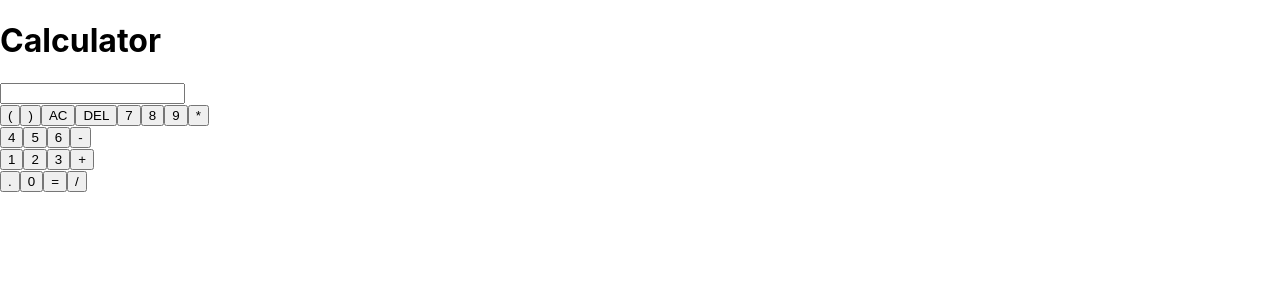
Repository: thesaherriaz/Calculator-React
Page: /
These files come from the project's save history. The page is drawn as it stood at one moment and after the next save; the edit follows.
The browser window is 1280 px wide. The pictures show the whole page.
The project was rebuilt for these pictures with package versions that can differ from the ones it lists, and the page was loaded fresh each time.

Above is the page before, as saved 2025-06-18 14:54:41.

### src/App.js
import React from 'react'
import Calculator from './compnents/Calculator'

function App() {
  return (
    <Calculator />
  )
}

export default App

### src/compnents/Calculator.jsx
import React from 'react'

function Calculator() {
  return (
    <>
        <div className="Calculator">
            <h1>Calculator</h1>
            <input type="text" name="input" id="input" />
            <div>
                <button>(</button>
                <button>)</button>
                <button>AC</button>
                <button>DEL</button>
                <button>7</button>
                <button>8</button>
                <button>9</button>
                <button>*</button> <br />
                <button>4</button>
                <button>5</button>
                <button>6</button>
                <button>-</button> <br />
                <button>1</button>
                <button>2</button>
                <button>3</button>
                <button>+</button> <br />
                <button>.</button>
                <button>0</button>
                <button>=</button>
                <button>/</button>
            </div>
        </div>
    </>
  )
}

export default Calculator

Loaded but not shown: public/index.html (common file); src/index.js (common file); src/index.css (common file); src/reportWebVitals.js (common file)

After the next save:
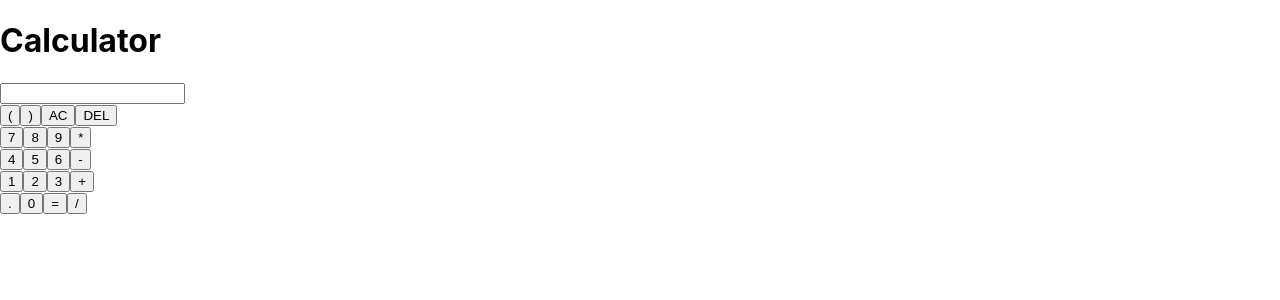
Saved 4 s later.
--- a/src/compnents/Calculator.jsx
+++ b/src/compnents/Calculator.jsx
@@ -10,7 +10,7 @@ function Calculator() {
                 <button>(</button>
                 <button>)</button>
                 <button>AC</button>
-                <button>DEL</button>
+                <button>DEL</button> <br />
                 <button>7</button>
                 <button>8</button>
                 <button>9</button>
